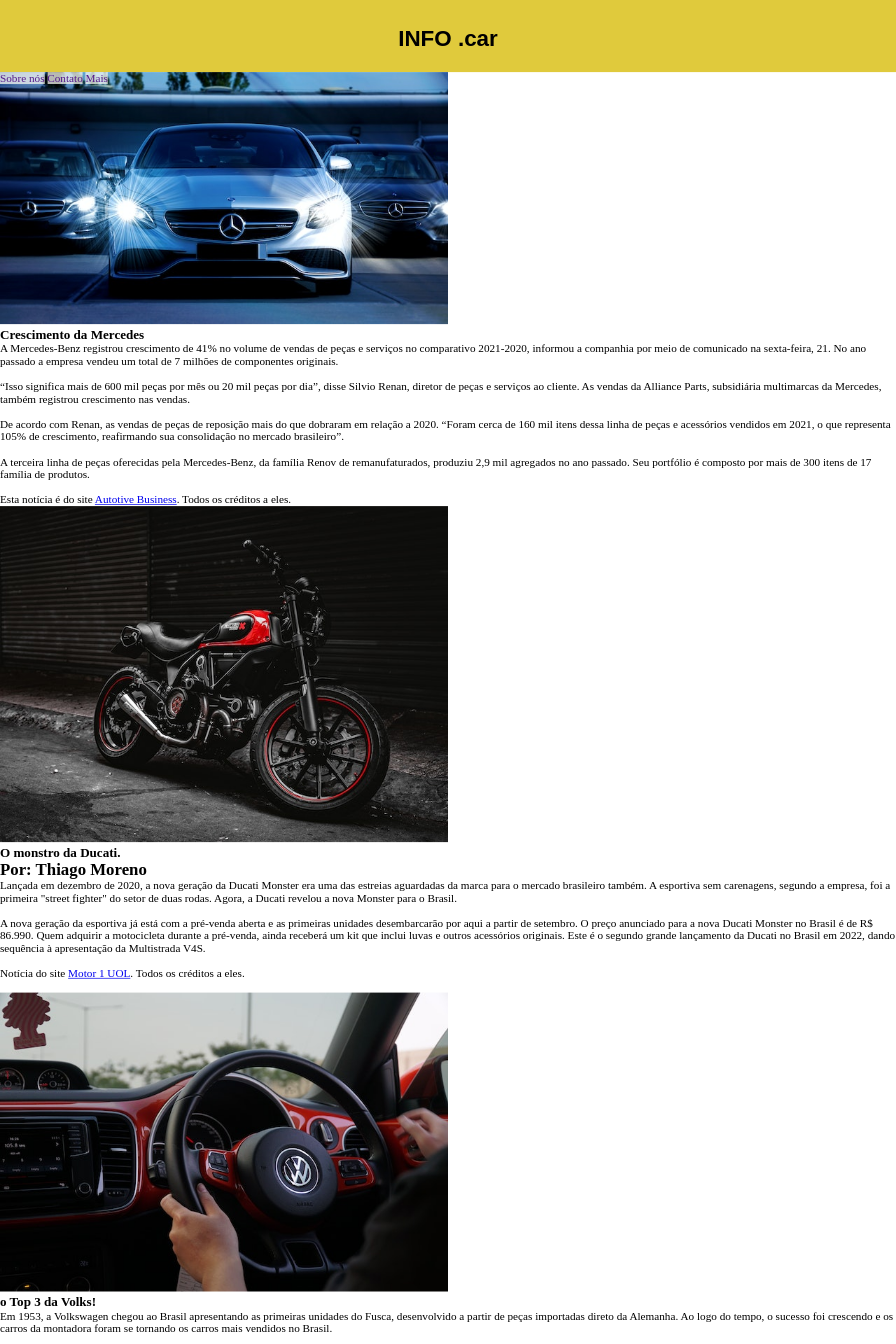
Repository: Leonngc/projeto-info.car
Page: index.html
These files come from the project's save history. The page is drawn as it stood at one moment and after the next save; the edit follows.
The browser window is 1280 px wide. The pictures show the part of the page from y = 0 to 1920 px (the page is 3296 px tall), at 70% of full size.
Some web fonts or font styles are not loaded; a fallback is used.

Above is the page before, as saved 2022-10-30 12:42:28.

### index.html
<!DOCTYPE html>
<html lang="pt-br">

<head>
    <meta charset="UTF-8" />
    <meta http-equiv="X-UA-Compatible" content="IE=edge" />
    <meta name="viewport" content="width=device-width, initial-scale=1.0" />
    <title>Info .car</title>
    <link rel="stylesheet" href="style.css">
</head>

<body>
    <header>
        <h1 class="title">INFO .car</h1>



    </header>
        <nav id="section-buttons">
            <a href="" class="menu-link">Sobre nós</a>
            <a href="" class="menu-link">Contato</a>
            <a href="" class="menu-link">Mais</a>
        </nav>
    <main>
        <section>


            <div class="car-image">
                <img src="img/mercedes.jpg" alt="" />
            </div>

            <article>
                <h1>Crescimento da Mercedes</h1>

                    <p>
                        A Mercedes-Benz registrou crescimento de 41% no volume de vendas de peças e serviços no comparativo 2021-2020, informou a companhia por meio de comunicado na sexta-feira, 21. No ano passado a empresa vendeu um total de 7 milhões de componentes originais.
                    </p>

                    <br>

                    <p>
                        “Isso significa mais de 600 mil peças por mês ou 20 mil peças por dia”, disse Silvio Renan, diretor de peças e serviços ao cliente. As vendas da Alliance Parts, subsidiária multimarcas da Mercedes, também registrou crescimento nas vendas.
                    </p>

                    <br>

                    <p>
                        De acordo com Renan, as vendas de peças de reposição mais do que dobraram em relação a 2020. “Foram cerca de 160 mil itens dessa linha de peças e acessórios vendidos em 2021, o que representa 105% de crescimento, reafirmando sua consolidação no mercado brasileiro”.
                    </p>

                    <br>
                    <p>
                        A terceira linha de peças oferecidas pela Mercedes-Benz, da família Renov de remanufaturados, produziu 2,9 mil agregados no ano passado. Seu portfólio é composto por mais de 300 itens de 17 família de produtos.
                    </p>

                    <br>

                    <p>Esta notícia é do site <a href="https://automotivebusiness.com.br/pt/posts/mercado/vendas-da-mercedes-benz-na-reposicao-cresceram-41-em-2021/#:~:text=Vendas%20da%20Mercedes%2DBenz%20na%20reposi%C3%A7%C3%A3o%20cresceram%2041%25%20em%202021,-Empresa%20vendeu%20mais&text=A%20Mercedes%2DBenz%20registrou%20crescimento,7%20milh%C3%B5es%20de%20componentes%20originais.">Autotive Business</a>. Todos os créditos a eles.</p>

            </article>


            <div class="car-image">
                <img src="img/ducati.jpg" alt="" />  <!--CARROSEL DE IMAGENS!!!-->
            </div>
            <article>
                <h1>O monstro da Ducati.</h1>

                    <h2>Por: Thiago Moreno</h2>
                    <p>
                        Lançada em dezembro de 2020, a nova geração da Ducati Monster era uma das estreias aguardadas da marca para o mercado brasileiro também. A esportiva sem carenagens, segundo a empresa, foi a primeira "street fighter" do setor de duas rodas. Agora, a Ducati revelou a nova Monster para o Brasil.
                    </p>

                    <br>
                    <p>
                        A nova geração da esportiva já está com a pré-venda aberta e as primeiras unidades desembarcarão por aqui a partir de setembro. O preço anunciado para a nova Ducati Monster no Brasil é de R$ 86.990. Quem adquirir a motocicleta durante a pré-venda, ainda receberá um kit que inclui luvas e outros acessórios originais. Este é o segundo grande lançamento da Ducati no Brasil em 2022, dando sequência à apresentação da Multistrada V4S.
                    </p>

                    <br>
                    <p>

                        Notícia do site <a href="https://motor1.uol.com.br/news/602765/nova-ducati-monster-brasil-preco/" target="_blank">Motor 1 UOL</a>. Todos os créditos a eles.
                    </p>


            </article>

            <section id="img-background">
                <img src="" alt="">
            </section>
            <div>
                <img src="img/volks.jpg" alt="" />
            </div>

            <article>
                <h1>o Top 3 da Volks!</h1>

                    <p>
                        Em 1953, a Volkswagen chegou ao Brasil apresentando as primeiras unidades do Fusca, desenvolvido a partir de peças importadas direto da Alemanha. Ao logo do tempo, o sucesso foi crescendo e os carros da montadora foram se tornando os carros mais vendidos no Brasil.</p>

                    <br>
                    <h2>1 – Volkswagen T-Cross</h2>
                    <p>
                        Um dos modelos mais novos da geração atual de veículos da Volkswagen é o T-Cross. Esse SUV compacto chegou à liderança da categoria de carros mais vendidos no Brasil ano passado, mostrando sua força no mercado.</p>

                    <br>
                    <p>
                        O automóvel possui diferentes versões e duas opções de motor. Seu conjunto da obra agrada os apaixonados por automóveis, e além de ser o campeão de vendas da montadora, aparece como o quinto colocado de vendas de todo o país, deixando vários outros SUV´s para trás.</p>

                    <br>
                    <p>
                        Diferente do modelo europeu, o design do T-Cross é bastante carismático, com faróis de LED integrados e uma ampla grade.</p>

                    <br>
                    <p>
                        Além disso, o veículo pode ser encontrado no mercado em quatro versões, todas equipadas com motores TSI (Turbo com injeção direta de combustível) sendo elas:</p>

                    <br>
                    <p>
                        <strong>T-Cross 200 TSI:</strong> Versão com controle de estabilidade (ESC), seis airbags, bloqueio eletrônico, sistema de fixação de cadeirinhas infantis e ajuste de altura do volante.</p>

                    <br>
                    <p>
                        <strong>T-Cross 200 TSI Automático: </strong>Possui câmbio automático de seis marchas, controle automático de velocidade, apoio de braço central e grade dianteira em preto brilhante.</p>

                    <br>
                    <p>
                        <strong>T-Cross Comfortline 200 TSI Automático:</strong> Com ar condicionado digital, câmera de ré para auxiliar no estacionamento, indicador de pressão dos pneus, detalhes cromados e revestimento interno azul escuro.</p>

                    <br>
                    <p>
                        <strong>T-Cross Highline 250 TSI Automático:</strong> Agrega itens como bancos de couro, espelho retrovisor interno eletrocrômico, sensores de chuva, rack de teto na cor prata anodizada, entre outros detalhes.</p>

                    <br>
                    <p>
                        Vale lembrar que o T-Cross é um crossover urbano produzido pela Volkswagen e baseado no modelo ‘Polo VI’.
                    </p>

                    <br>
                    <h2>2 – Volkswagen Gol</h2>

                    <p>
                        O Gol é um dos modelos de automóveis da Volkswagen que já foi líder de vendas por anos. Atualmente, esse posto não é mais dele, mas ele segue como um dos veículos mais populares da marca.

                        A exemplo de outros carros da mesma montadora, ele é comercializado em diversas versões. Mas, a sua opção mais básica é a que está hoje entre os 10 carros mais baratos vendidos no Brasil.
                    </p>

                    <br>
                    <p>
                        Em 2021, surgiu a mais nova versão deste automóvel, com a adição de itens de segurança obrigatórios. O hatch então passou a dispor de cinto de segurança de três pontos, encosto de cabeça para cinco passageiros e o sistema de fixação de cadeirinha infantil.
                    </p>

                    <br>
                    <p>
                        <strong>3 – Volkswagen Polo</strong>
                        Chamado por muitos de Virtus Hatch, o Polo passou por uma reformulação total recentemente. O modelo apresenta alta tecnologia e diferentes versões, mas foi o novo visual o que mais chamou a atenção.
                    </p>

                    <br>
                    <p>
                        Ele também foi eleito o melhor carro em sua categoria por uma pesquisa chamada ‘Os eleitos’, feita pela revista Quatro Rodas. Não é à toa que ele conquistou o terceiro lugar do top 3 carros mais vendidos da montadora alemã
                    </p>

                    <br>

                    <p>
                        Notícia do site <a href="https://dyna.com.br/top-3-carros-mais-vendidos-da-volkswagen/" target="_blank">Dyna</a>. Todos os créditos a eles.
                    </p>
                </p>
            </article>


            <div>
                <img src="img/jeep-cherokee.jpg" alt="" />
            </div>

            <article>
                <h1>Novo Jeep Cherokee</h1>

                    <h2>Por: Nicolas Tavares</h2>

                    <p>
                        A Stellantis ainda nem mostrou o Compass 4xe, versão híbrida plug-in do SUV médio que será lançado no dia 4 de abril, e já trabalha em mais uma novidade para o Brasil. Motor1.com e o canal Falando de Carro apuraram que o Jeep Grand Cherokee desembarcará nas concessionárias no último trimestre, importado dos EUA. A marca quer lançá-lo por volta de outubro e oferecer tanto uma versão convencional quanto a híbrida plug-in revelada recentemente.</p>
                    <br>
                    <p>
                        Segundo apuramos, o Jeep Grand Cherokee acabou sofrendo um atraso por conta da falta de semicondutores. Produzindo poucas unidades, a prioridade virou abastecer o mercado norte-americano, deixando as exportações para um segundo momento. Assim, seu lançamento ficará somente para o 2º semestre. A ideia, no momento, é fazer o lançamento em outubro, mas tudo dependerá de como ficará o fornecimento de chips para a fábrica em Detroit (EUA).
                    </p>

                    <p>Notícia do site <a href="https://motor1.uol.com.br/news/575923/jeep-grand-cherokee-brasil-2semestre/" target="_blank">Motor 1 UOL</a>. Todos os créditos a eles.</p>

            </article>

        </section>
        <article>
            <h1>Este site...</h1>
            <p>
                Este site tem como objetivo a demonstração de conhecimentos HTML, CSS e JS. <br>
                O site consiste em um página de notícias automotivas, tendo imagens animadas, além de três outras páginas. Uma para contato do desenvolvedor, outra sobre o site e uma página mais. <br>
                <strong>TODOS OS ARTIGOS PRESENTES NESTE SITE SÃO DE OUTRAS PÁGINAS. TODOS OS DIREITOS E CRÉDITOS A ELES.</strong>
            </p>
        </article>
    </main>
</body>

</html>

### style.css
@charset "UTF 8";
@import url('https://fonts.googleapis.com/css2?family=Michroma&display=swap');

*{
    margin: 0;
    padding: 0;
}

header{
    padding: 30px;
    padding-top: 5vh;
    background-color: rgb(224, 202, 60);
}

#section-buttons{
    display: inline;
    position: absolute;

}

.menu-link{
    text-decoration: none;
    background-color: rgba(248, 248, 242, 0.732);
}

.title{
    font-family: 'Michroma', sans-serif;
    text-align: center;
    font-weight: bolder;
}

After the next save:
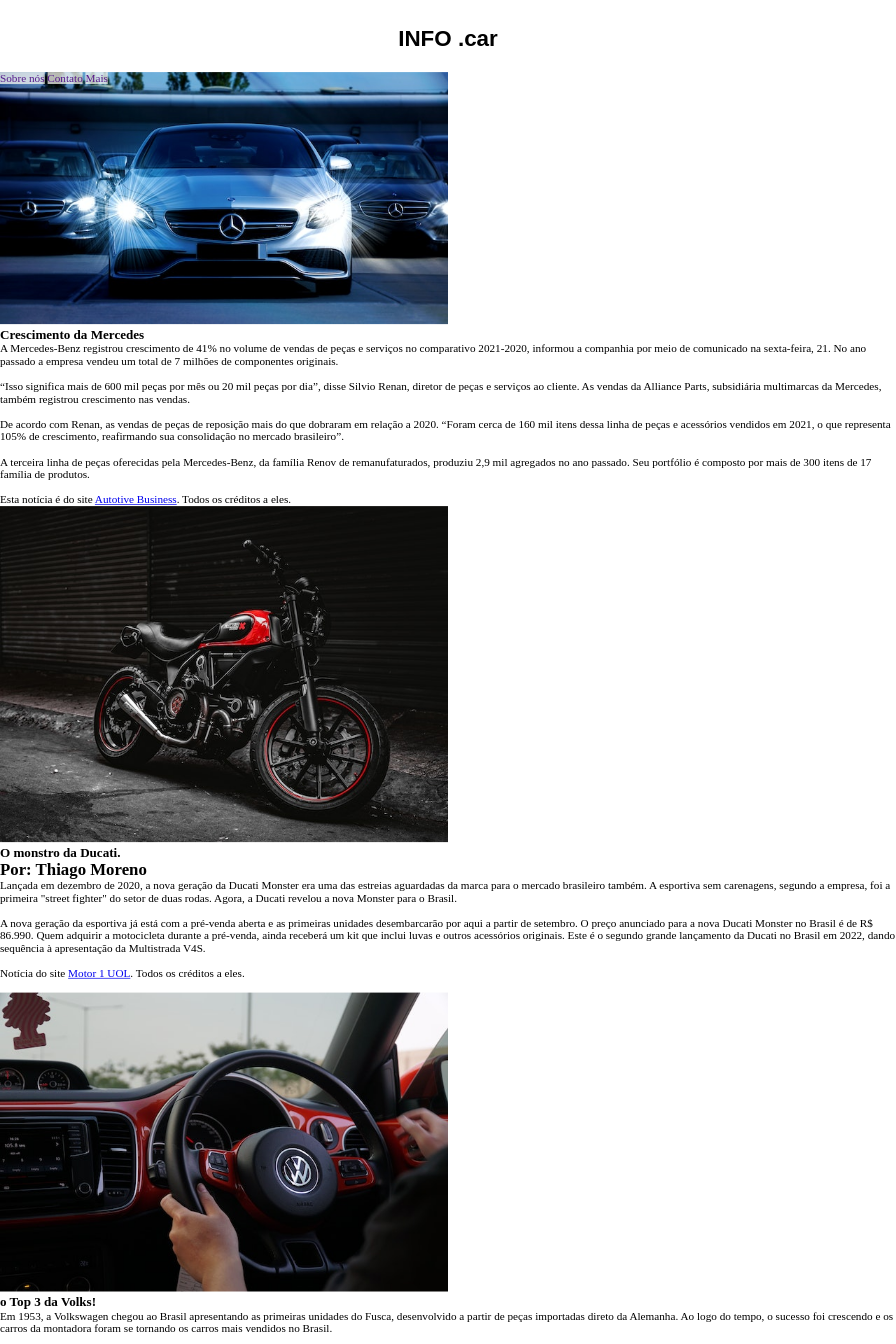
Saved 21 s later.
--- a/style.css
+++ b/style.css
@@ -9,6 +9,7 @@
 header{
     padding: 30px;
     padding-top: 5vh;
+    min
     background-color: rgb(224, 202, 60);
 }
 

After the save that followed:
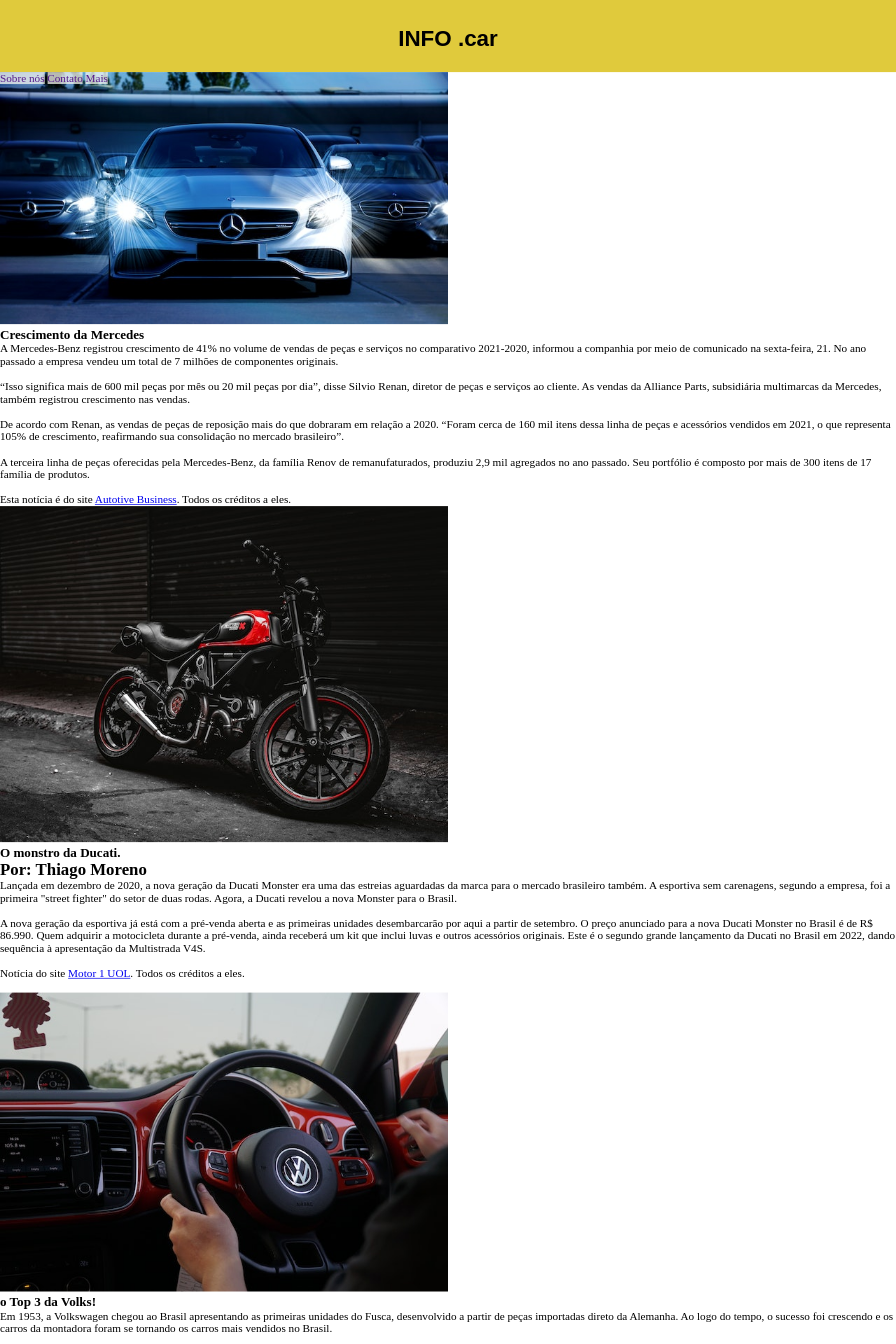
Saved 4 s later.
--- a/style.css
+++ b/style.css
@@ -9,7 +9,7 @@
 header{
     padding: 30px;
     padding-top: 5vh;
-    min
+    min-width: 2em;
     background-color: rgb(224, 202, 60);
 }
 
